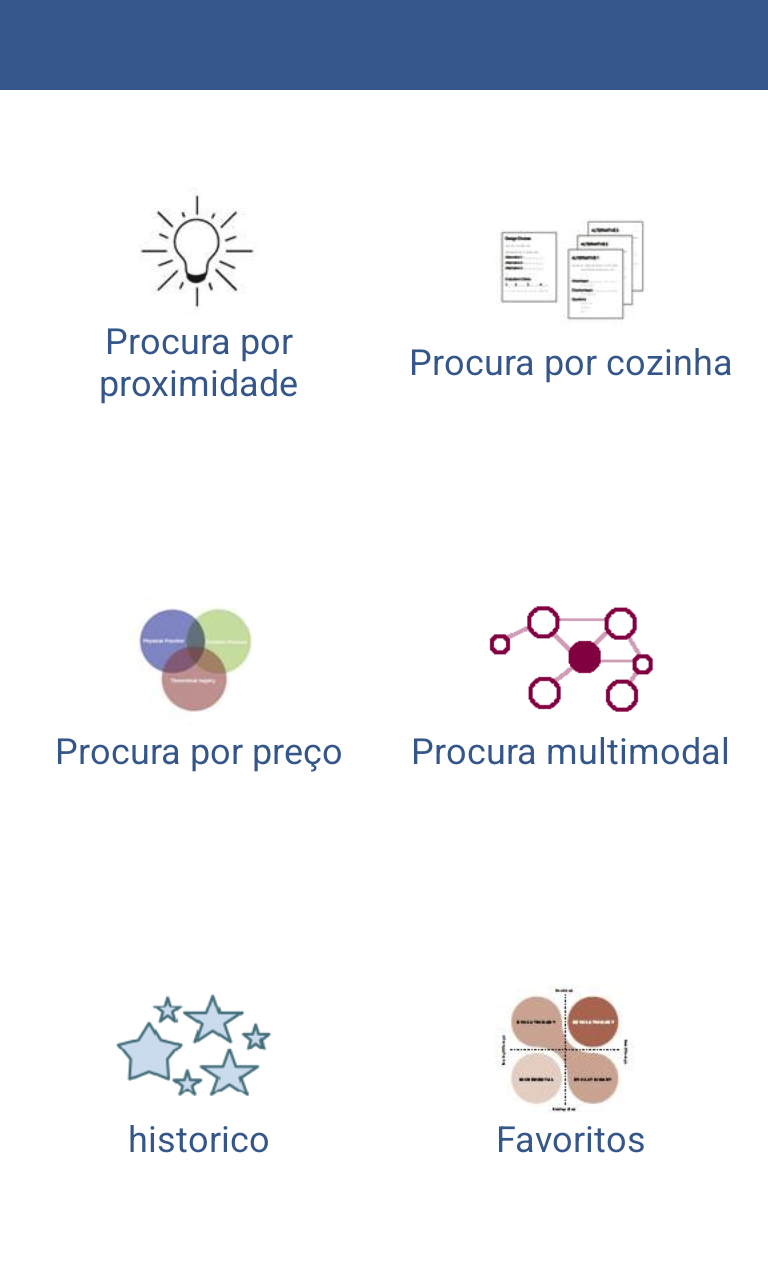
Repository: joaoA/ihc
Layout: spotilicious/res/layout/activity_home.xml
These files come from the project's save history. The layout is drawn as it stood at one moment and after the next save; the edit follows.
It is drawn on a 768 x 1280 px phone screen (xhdpi) without system bars, with theme Theme.D1; the app's code is not run.

Above is the layout before, as saved 2012-05-16 01:09:37.

After the next save:
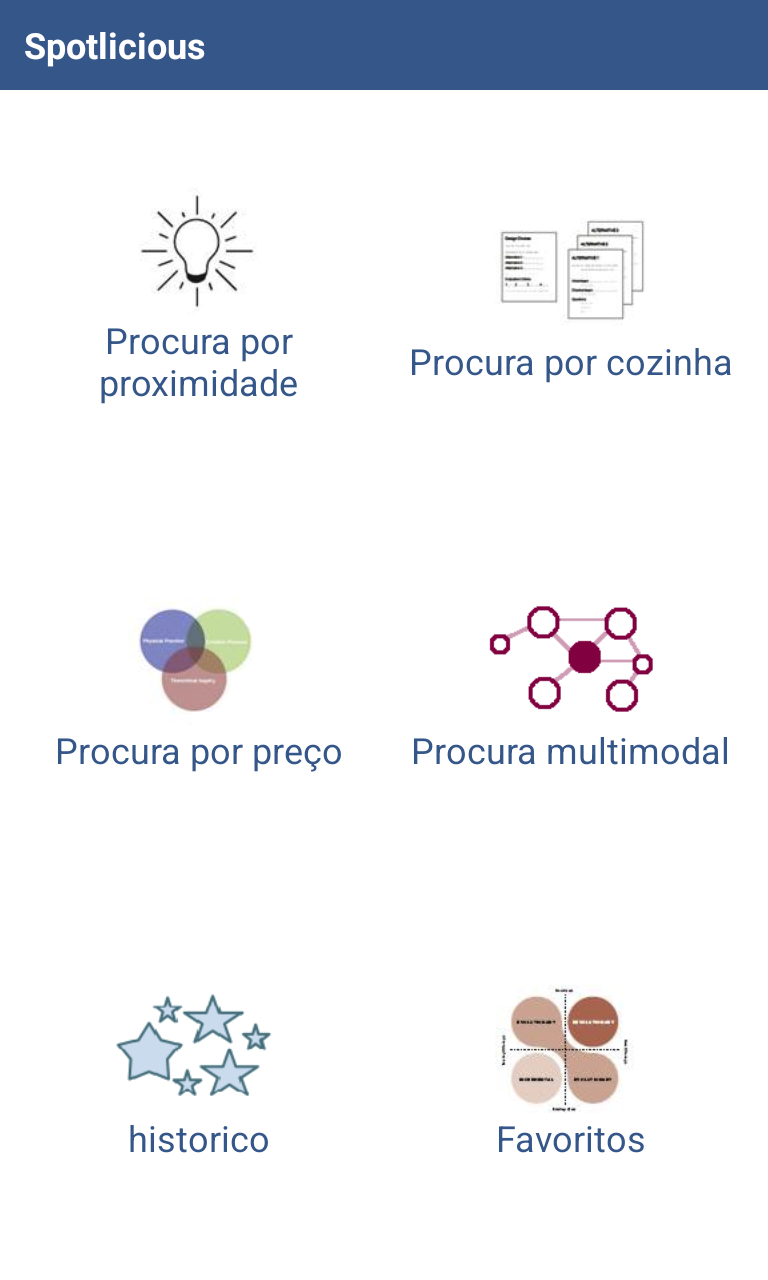
Saved 37 s later.
--- a/spotilicious/res/layout/activity_home.xml
+++ b/spotilicious/res/layout/activity_home.xml
@@ -22,7 +22,10 @@
     android:layout_width="match_parent"
     android:layout_height="match_parent">
     <LinearLayout style="@style/TitleBar">
-       <TextView style="@style/TitleBarText" />
+       <TextView style="@style/TitleBarText"
+           android:text="@string/app_name"
+           />
+
 
 
       <!--  <ImageView style="@style/TitleBarLogo"
